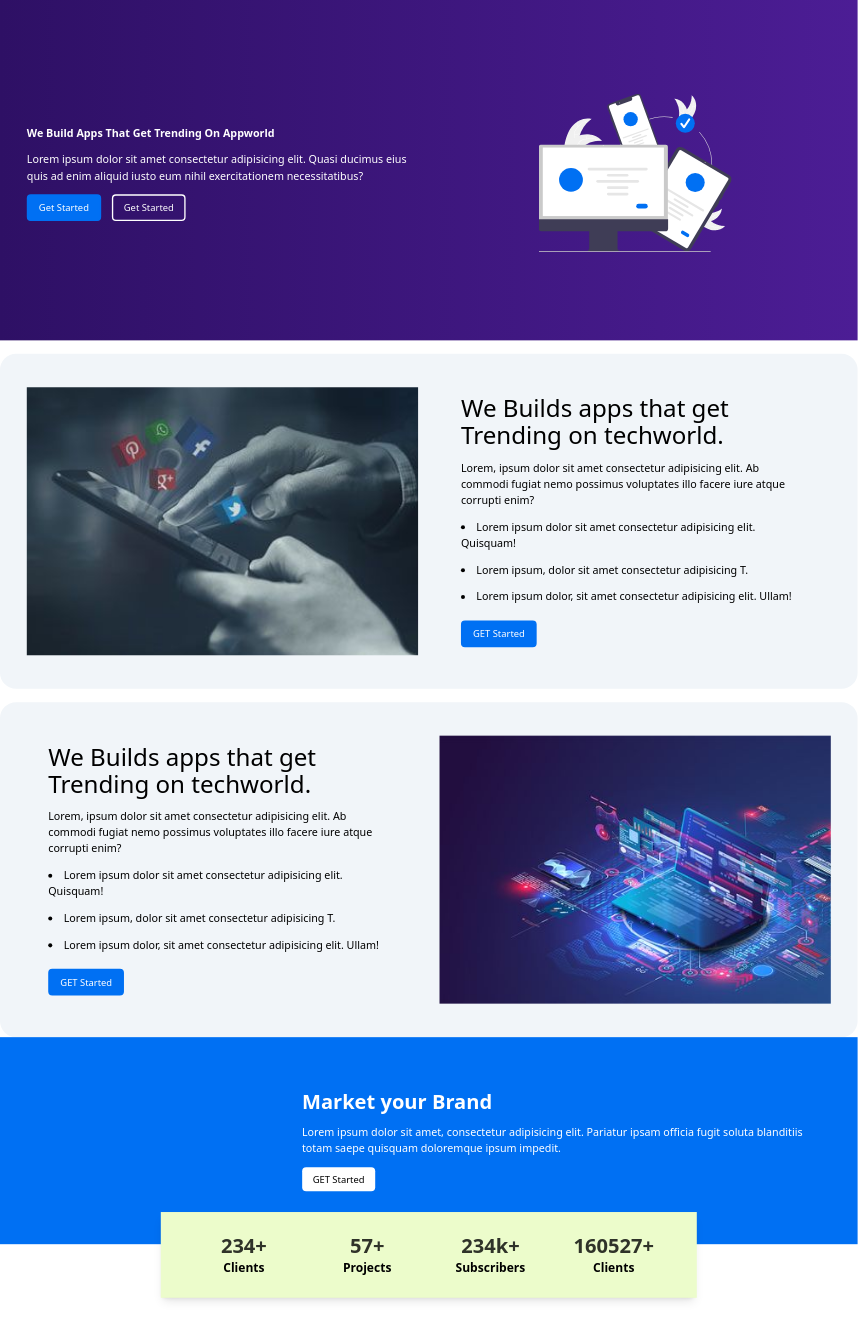
Repository: Kish202/Coz-Marketing-Site
Page: / (app in frontend/)
An editor plug-in stored every save of this project. The page is shown before and after the next save, followed by the edit.
The browser window is 1280 px wide. The pictures show the whole page, at 67% of full size.
Pictures or frames that could not be fetched are drawn as grey boxes. The project was rebuilt for these pictures with package versions that can differ from the ones it lists, and the page was loaded fresh each time. Also part of the build but not shown: frontend/vite.config.js.

Above is the page before, as saved 2025-05-25 11:40:54.

### frontend/src/App.jsx
import { useState } from 'react'
import reactLogo from './assets/react.svg'
import viteLogo from '/vite.svg'
import './App.css'
import Service from './components/Service/Service'
import Hero from './components/Hero/Hero'
import BannerDetails from './components/BannerDetails.jsx/BannerDetails'
import Banner from './components/Banner/Banner'
import Banner1 from "./assets/blog1.jpg";
import Banner2 from "./assets/blog3.jpg";



function App() {
  const [count, setCount] = useState(0)

  return (
<>

<Hero/>
<Banner reverse={true} img={Banner1}/>
<Banner img={Banner2}/>
<BannerDetails/>
   <Service/>

   </>
  )
}

export default App

### frontend/src/components/Service/Service.jsx
import React from 'react'
import CountUp from "react-countup"

const Service =() =>{
  return (
    <section className="container h-12 md:h-32 ">
     <div className="grid grid-cols-4 w-full mx-auto -translate-y-12 divde-x divide-slate-700 place-self-center   bg-lime-100 p-4 shadow-lg dark:bg-violet-800 dark:text-white/70 md:max-w-[800px]  md:p-8">
    <div className="flex flex-col items-center justify-center " >



<h1 className="text-sm font-bold text-black/80 dark:text-white sm:text-lg md:text-3xl">
      <CountUp end={234} suffix="+" duration={2.75}/>

</h1>

<h1 className="sm:text-md  font-bold md:text-lg">
Clients
</h1>




        </div>

        <div className="flex flex-col items-center justify-center">
  <h1 className="text-sm text-black/80 sm:text-lg md:text-3xl dark:text-white font-bold">
  <CountUp end={57} suffix="+" duratiion={2.75}/>  </h1>

    <h1 className="sm:text-md font-bold  md:text-lg">
        Projects

        </h1>
            </div>

    <div className="flex flex-col items-center justify-center" >



        <h1 className=" text-black/80 dark:text-white  sm:text-lg md:text-3xl font-bold">
<CountUp end={234}  suffix="k+" / >
        </h1>
<h1 className="font-bold  sm:text-md text-xs md:text-lg" >
Subscribers
</h1>


            </div>


<div className="flex flex-col items-center justify-center">
<h1 className="text-sm font-bold text-black/80 dark:text-white sm:text-lg md:text-3xl">
<CountUp start={-875.020}
end={160527.012} duration={2.75} separator="" suffix="+" />
</h1>


<h1 className=" sm:text-md  font-bold md:text-lg ">
Clients
</h1>
</div>
</div>
    </section>
  )
}

export default Service

### frontend/src/components/Hero/Hero.jsx
// import React from 'react'
import Banner from "../../assets/thebanner.svg"
// function Hero() {
//   return (
//            <main className="bg-gradient-to-r  from-violet-950 to-violet-900 pt-20 dark:bg-violet-950">

// <section className="container flex h-[650px] flex-col  items-center justify-center md:h-[500px]   ">
// <div className="grid grid-cols-1 items-center gap-8 dark:text-white md:grid-cols-2">



// <div className="flex flex-col items-center gap-4 text-center text-white md:items-start md:text-left">

// <h1 className="text-4xl">
//     We Build the apps that get trending on the appworld.

// </h1>

// <p className=" *:">

// Lorem ipsum dolor sit amet consectetur, adipisicing elit. Neque, itaque!
// Lorem, ipsum dolor sit amet consectetur adipisicing elit. Facere, quibusdam?
// Lorem ipsum dolor sit amet consectetur adipisicing elit. Dolore, cupiditate.

// </p>


// <div className="space-x-4">

//        <button className="rounded-md border-2 border-primary bg-primary px-4 py-2 text-sm text-white transition-colors duration-300 hover:bg-primary/80">
//    GET Started
//     </button>

//        <button className="rounded-md border-2 border-white px-4 py-2 text-sm text-white transition-colors duration-300" >

// Login

//     </button>
// </div>

// </div>

// <div
// data-aos="fade-left"
// data-aos-duration="400"
// data-aos-once="true"

// className="mx-auto max-w-xs p-4">

//     <img src={Banner} alt="No image" className="hover:drop-shadow-md"/>


// </div>


// </div>
// </section>



//         </main>


//   )
// }



// export default Hero






import React from "react";
// import Banner from "../../assets/undraw_real_time_sync_re_nky7.svg";

const Hero = () => {
  return (
    <main className="bg-gradient-to-r from-violet-950 to-violet-900 pt-2 dark:bg-violet-950">
      <section className="container flex h-[650px] flex-col items-center justify-center md:h-[500px] ">
        <div className="grid grid-cols-1 items-center gap-8 dark:text-white md:grid-cols-2">
          <div
            data-aos="fade-right"
            data-aos-duration="700"
            data-aos-once="false"
            className="flex flex-col items-center gap-4 text-center text-white md:items-start md:text-left "
          >
              <h1 className=" text- font-extrabold">
              We Build Apps That Get Trending On Appworld
            </h1>
            <p className="">
              Lorem ipsum dolor sit amet consectetur adipisicing elit. Quasi
              ducimus eius quis ad enim aliquid iusto eum nihil exercitationem
              necessitatibus?
            </p>
            <div className="space-x-4">
              <button className="rounded-md border-2 border-primary bg-primary px-4 py-2 text-sm text-white transition-colors duration-300 hover:bg-primary/80">
                Get Started
              </button>
              <button className="border-1  rounded-md border-2 border-white px-4 py-2 text-sm text-white transition-colors duration-300 ">
                Get Started
              </button>
            </div>
          </div>
          <div
            data-aos="fade-left"
            data-aos-duration="400"
            data-aos-once="false"
            className="mx-auto max-w-xs p-4"
          >
            <img src={Banner} alt="No image" className="hover:drop-shadow-md" />
          </div>
        </div>
      </section>
    </main>
  );
};

export default Hero;

### frontend/src/components/BannerDetails.jsx/BannerDetails.jsx
import React from 'react'



function BannerDetails() {
  return (
    <main className="bg-primary">

        <section className="container py-8 md:py-12">


            <div className="grid grid-cols-1 items-center gap-4 sm:text-ellipsis md:grid-cols-3 md:gap-8">
<div className="order-2 flex flex-col items-center gap-4 text-center text-white md:col-span-2 md:items-start md:text-left">
<h1 className="text-3xl font-bold">
    Market your Brand

</h1>
<p className="">
Lorem ipsum dolor sit amet, consectetur adipisicing elit. Pariatur
 ipsam officia fugit soluta blanditiis totam saepe quisquam doloremque
 ipsum impedit.
</p>
<button className="rounded-md bg-white px-4 py-2 text-sm text-black transition-colors duration-300 hover:bg-white/60 ">
GET Started
</button>
</div>
<div  className="order-1">
<iframe
className="aspect-video w-full"
src="https://www.youtube.com/watch?v=esaioTgia4Q&list=PPSV"
title="Youtube Video Player" frameborder="0" allow="accelerometer; autoplay; clipboard-write; encrypted-media; gyroscope; picture-in-picture; web-share allowfullscreen"></iframe>


</div>

            </div>



        </section>

    </main>
  )
}

export default BannerDetails

### frontend/src/components/Banner/Banner.jsx
import React from 'react'
import Bannerimg from "../../assets/blog2.jpg";


function Banner({reverse, img}) {
return (
    <section>
     <main   className="bg-slate-100 dark:bg-slate-900 dark:text-white mt-5 rounded-3xl">
     <section className="container flex flex-col items-center justify-center py-10 md:h-[500px] ">


        <div className="grid grid-cols-1 items-center gap-8 md:grid-cols-2">

 <div
 data-aos="fade-right"
 data-aos-duration="600"
 data-aos-once="false"
data-aos-delay="100"


 className={`flex flex-col items-start gap-4 text-left md:p-8 ${reverse ? "md:order-last": ""}`}>
 <h1 className="text-2xl md:text-4xl">
     We Builds apps that get Trending on techworld.

        </h1>


        <p classname="text-sm text-slate-600 dark:text-slate-400">
            Lorem, ipsum dolor sit amet consectetur adipisicing elit. Ab commodi fugiat nemo
            possimus voluptates
             illo facere iure atque corrupti enim?
            </p>



    <div>

            <ul className="flex list-inside flex-start  list-disc flex-col gap-2 md:gap-4">

                     <li className="font-medium ">
Lorem ipsum dolor sit amet consectetur adipisicing elit. Quisquam!
                    </li>
<li className="font-medium">Lorem ipsum, dolor sit amet consectetur adipisicing T.</li>

                    <li className="font-medium" >
Lorem ipsum dolor, sit amet consectetur adipisicing elit. Ullam!
                    </li>
            </ul>
    </div>
        <div className="space-x-4 mt-2">

            <button className="rounded-md border-2 border-primary bg-primary px-4 py-2 text-sm text-white duration-300 hover:bg-primary/90">
GET Started
            </button>
    </div>
    </div>

 <div
 data-aos="fade-left"
 data-aos-duration="600"
 data-aos-once="false"
 data-aos-delay="200"
 data-aos-mirror="true"
 className={reverse?"order-1":""}>
    <img
    src={img}
    alt="no image"
    className="mx-auto w-full h-[400px] object-cover hover:drop-shadow-md"
    />
    </div>

            </div>

            </section>
            </main>
    </section>
)
}

export default Banner

### frontend/tailwind.config.js
/** @type {import('tailwindcss').Config} */
export default {
  content: ["./index.html", "./src/**/*.{js,ts,jsx,tsx}"],
  darkMode: "class",
  theme: {
    extend: {
      screens: {
        xs: "480px",
      },
      colors: {
        primary: "#0070f3",
      },
    },

    container: {
      center: true,
      padding: {
        DEFAULT: "20px",
        md: "40px",
      },
    },
  },
  plugins: [],
};

Loaded but not shown: frontend/index.html (common file); frontend/src/main.jsx (common file); frontend/src/index.css (common file); frontend/src/App.css (common file)

After the next save:
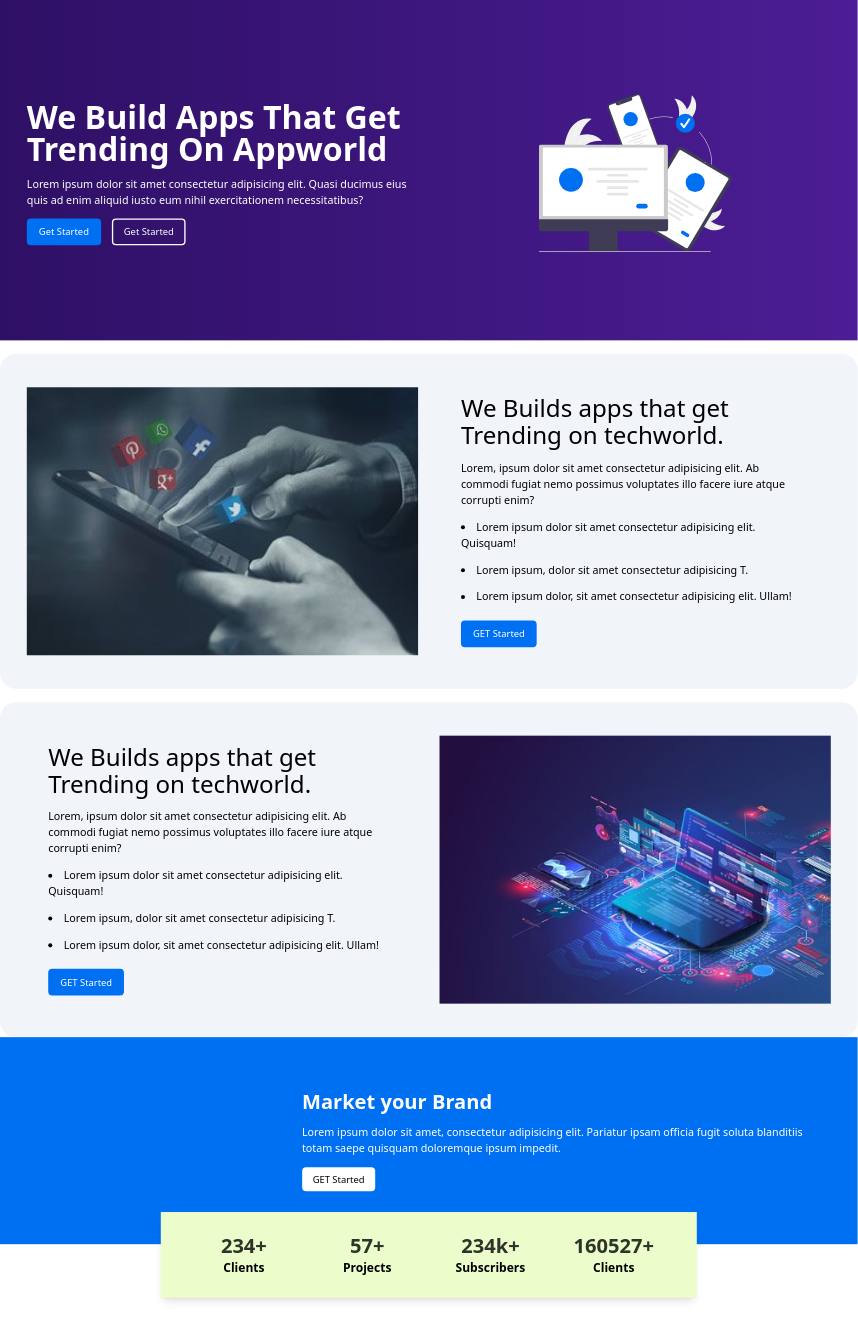
Saved 5 s later.
--- a/frontend/src/components/Hero/Hero.jsx
+++ b/frontend/src/components/Hero/Hero.jsx
@@ -87,7 +87,7 @@ const Hero = () => {
             data-aos-once="false"
             className="flex flex-col items-center gap-4 text-center text-white md:items-start md:text-left "
           >
-              <h1 className=" text- font-extrabold">
+              <h1 className=" text-5xl font-extrabold">
               We Build Apps That Get Trending On Appworld
             </h1>
             <p className="">
